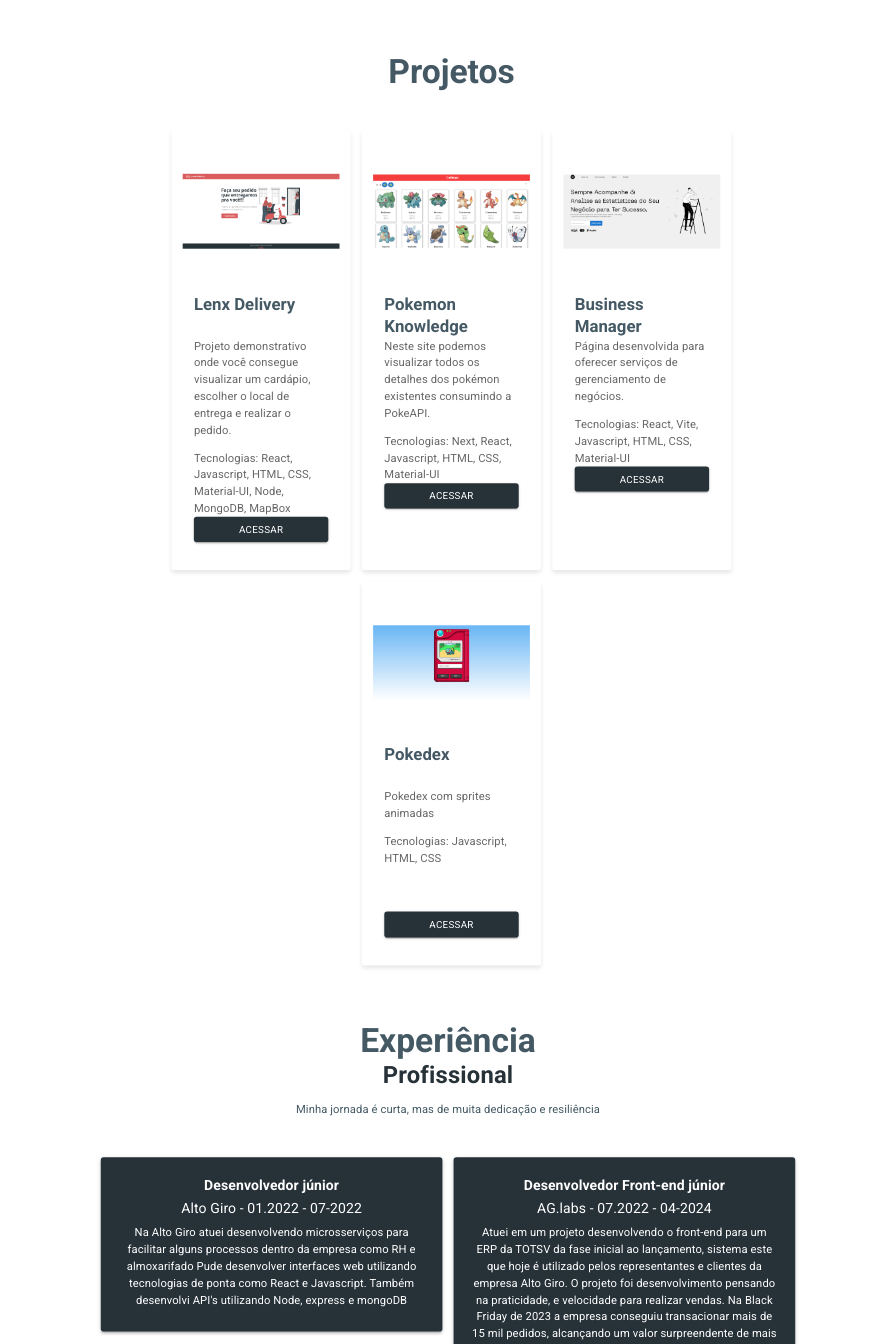
Repository: lenx0/myportfolio
Page: /
An editor plug-in stored every save of this project. The page is shown before and after the next save, followed by the edit.
The browser window is 1280 px wide. The pictures show the part of the page from y = 2755 to 4675 px (the page is 5141 px tall before and 5149 px after), at 70% of full size.
The project was rebuilt for these pictures with package versions that can differ from the ones it lists, and the page was loaded fresh each time. Also part of the build but not shown: vite.config.js.

Above is the page before, as saved 2024-06-14 12:21:12.

After the next save:
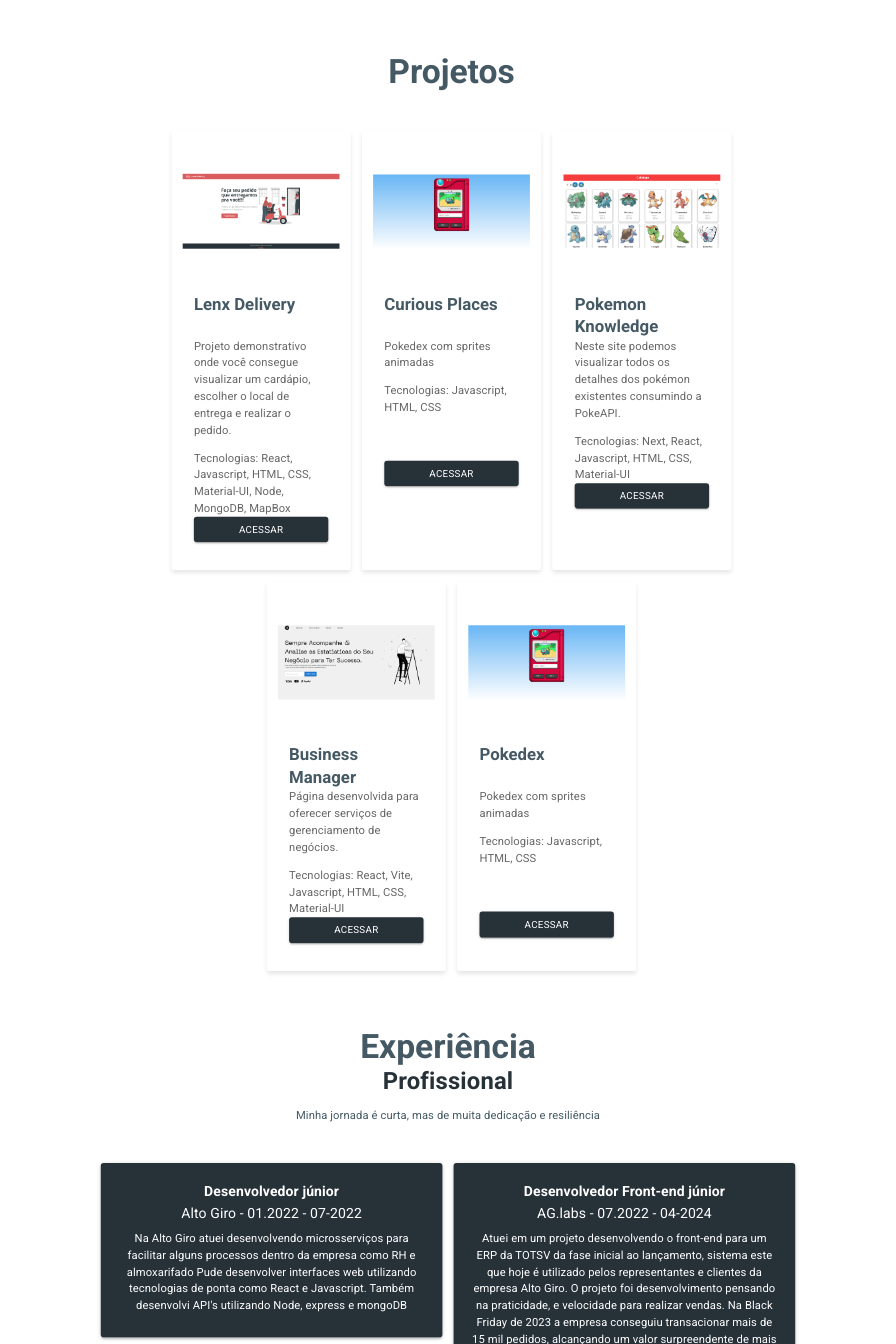
Saved 4 days later.
--- a/src/components/Projects/index.jsx
+++ b/src/components/Projects/index.jsx
@@ -11,6 +11,13 @@
       "Projeto demonstrativo onde você consegue visualizar um cardápio, escolher o local de entrega e realizar o pedido.",
     technologies:
       "Tecnologias: React, Javascript, HTML, CSS, Material-UI, Node, MongoDB, MapBox",
+  },
+  {
+    title: "Curious Places",
+    images: generateImageArray("pokedex", 1),
+    access: "https://curious-places.vercel.app/",
+    description: "Pokedex com sprites animadas",
+    technologies: "Tecnologias: Javascript, HTML, CSS",
   },
   {
     title: "Pokemon Knowledge",
